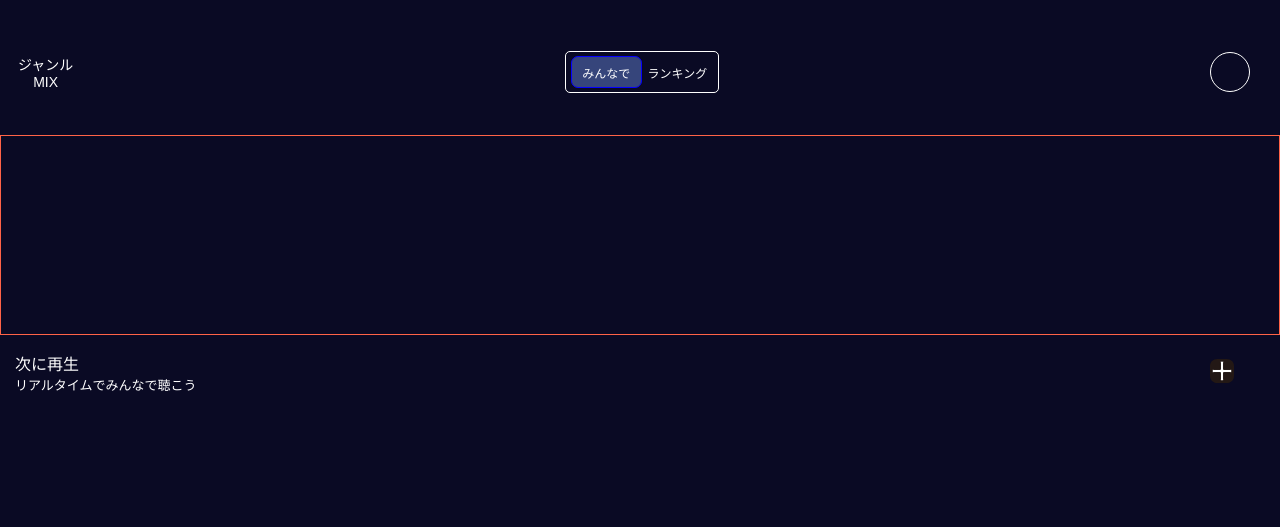
Repository: FujieRyou/2024_team
Page: /LoggedIn
The author's editor kept a copy of each file at every save. The page is drawn from the files as they stood at one save, then again after the next save.
The browser window is 1280 px wide. The pictures show the whole page.
The project was rebuilt for these pictures with package versions that can differ from the ones it lists, and the page was loaded fresh each time. The framework's server and built-in components were replaced by stand-ins that run in the browser. Also part of the build but not shown: next.config.js.

Above is the page before, as saved 2024-01-15 14:55:14.

### src/pages/_app.jsx
import "@/styles/ress.css"
import '@/styles/index.css'

export default function App({ Component, pageProps }) {
  return <Component {...pageProps} />
}

### src/pages/LoggedIn.jsx
import React, { useState,useEffect } from 'react';
import { getPlaylists } from "./spotify";

function LoggedIn ({token}){
    const [playlists, setPlaylists] = useState([]);
    useEffect(() => {
        if (token) {
            getPlaylists(token).then(playlists => setPlaylists(playlists));
        }
    }, [token]);
    return(
    <div id="container_wrap">
        <header>
            <div><p className='genre_wrap'>ジャンル<br/>MIX</p></div>
            <div className="switchingBtn">
                <div className="everyone">みんなで</div>
                <div className="ranking">ランキング</div>
            </div>
            <div className='myPageIcon'>
                <a href="">
                    <img src="" alt="" />
                </a>
            </div>
        </header>
        <div id="main_img">
            <div className="scrollContent">
                <div className="scrollWrap">
                </div>
            </div>

        </div>
        <div id="maincontent_wrap">
            <div id="addition_wrap">
                    <p className='addition'>次に再生<br/><span>リアルタイムでみんなで聴こう</span></p>
                    <a href="">
                        <img src="./img/plusBtn.svg" alt="" />
                    </a>
            </div>
            {/* <div id="songContent_wrap">
                <p className="song_num">1</p>
                <div id="song_wrap">
                    <div className="song_img">
                    </div>
                    <div id="singer_wrap">
                        <p className="songtitle">higher</p>
                        <p className="singer">¥ellow Bucks</p>
                    </div>
                </div>
                <div className='contributor'>
                    <img src="" alt="" />
                    <p>ナナシ</p>
                </div>
                <img src="./img/detailBtn.svg" alt="" />
            </div> */}
            <ul>
                {playlists.map(playlist =>(
                    <li key={playlist.id}>
                        <img src={playlist.images[0].url} alt={playlist.name} />
                        <div>{playlist.name}</div>
                    </li>
                ))}
            </ul>

        </div>
    </div>
    )
}

export default LoggedIn;

### src/styles/ress.css
/*!
 * ress.css • v4.0.0
 * MIT License
 * github.com/filipelinhares/ress
 */

/* # =================================================================
   # Global selectors
   # ================================================================= */

   html {
    box-sizing: border-box;
    -webkit-text-size-adjust: 100%; /* Prevent adjustments of font size after orientation changes in iOS */
    word-break: normal;
    -moz-tab-size: 4;
    tab-size: 4;
  }

  *,
  ::before,
  ::after {
    background-repeat: no-repeat; /* Set `background-repeat: no-repeat` to all elements and pseudo elements */
    box-sizing: inherit;
  }

  ::before,
  ::after {
    text-decoration: inherit; /* Inherit text-decoration and vertical align to ::before and ::after pseudo elements */
    vertical-align: inherit;
  }

  * {
    padding: 0; /* Reset `padding` and `margin` of all elements */
    margin: 0;
  }

  /* # =================================================================
     # General elements
     # ================================================================= */

  hr {
    overflow: visible; /* Show the overflow in Edge and IE */
    height: 0; /* Add the correct box sizing in Firefox */
    color: inherit; /* Correct border color in Firefox. */
  }

  details,
  main {
    display: block; /* Render the `main` element consistently in IE. */
  }

  summary {
    display: list-item; /* Add the correct display in all browsers */
  }

  small {
    font-size: 80%; /* Set font-size to 80% in `small` elements */
  }

  [hidden] {
    display: none; /* Add the correct display in IE */
  }

  abbr[title] {
    border-bottom: none; /* Remove the bottom border in Chrome 57 */
    /* Add the correct text decoration in Chrome, Edge, IE, Opera, and Safari */
    text-decoration: underline;
    text-decoration: underline dotted;
  }

  a {
    background-color: transparent; /* Remove the gray background on active links in IE 10 */
  }

  a:active,
  a:hover {
    outline-width: 0; /* Remove the outline when hovering in all browsers */
  }

  code,
  kbd,
  pre,
  samp {
    font-family: monospace, monospace; /* Specify the font family of code elements */
  }

  pre {
    font-size: 1em; /* Correct the odd `em` font sizing in all browsers */
  }

  b,
  strong {
    font-weight: bolder; /* Add the correct font weight in Chrome, Edge, and Safari */
  }

  /* https://gist.github.com/unruthless/413930 */
  sub,
  sup {
    font-size: 75%;
    line-height: 0;
    position: relative;
    vertical-align: baseline;
  }

  sub {
    bottom: -0.25em;
  }

  sup {
    top: -0.5em;
  }

  table {
    border-color: inherit; /* Correct border color in all Chrome, Edge, and Safari. */
    text-indent: 0; /* Remove text indentation in Chrome, Edge, and Safari */
  }

  /* # =================================================================
     # Forms
     # ================================================================= */

  input {
    border-radius: 0;
  }

  /* Replace pointer cursor in disabled elements */
  [disabled] {
    cursor: default;
  }

  [type='number']::-webkit-inner-spin-button,
  [type='number']::-webkit-outer-spin-button {
    height: auto; /* Correct the cursor style of increment and decrement buttons in Chrome */
  }

  [type='search'] {
    -webkit-appearance: textfield; /* Correct the odd appearance in Chrome and Safari */
    outline-offset: -2px; /* Correct the outline style in Safari */
  }

  [type='search']::-webkit-search-decoration {
    -webkit-appearance: none; /* Remove the inner padding in Chrome and Safari on macOS */
  }

  textarea {
    overflow: auto; /* Internet Explorer 11+ */
    resize: vertical; /* Specify textarea resizability */
  }

  button,
  input,
  optgroup,
  select,
  textarea {
    font: inherit; /* Specify font inheritance of form elements */
  }

  optgroup {
    font-weight: bold; /* Restore the font weight unset by the previous rule */
  }

  button {
    overflow: visible; /* Address `overflow` set to `hidden` in IE 8/9/10/11 */
  }

  button,
  select {
    text-transform: none; /* Firefox 40+, Internet Explorer 11- */
  }

  /* Apply cursor pointer to button elements */
  button,
  [type='button'],
  [type='reset'],
  [type='submit'],
  [role='button'] {
    cursor: pointer;
    color: inherit;
  }

  /* Remove inner padding and border in Firefox 4+ */
  button::-moz-focus-inner,
  [type='button']::-moz-focus-inner,
  [type='reset']::-moz-focus-inner,
  [type='submit']::-moz-focus-inner {
    border-style: none;
    padding: 0;
  }

  /* Replace focus style removed in the border reset above */
  button:-moz-focusring,
  [type='button']::-moz-focus-inner,
  [type='reset']::-moz-focus-inner,
  [type='submit']::-moz-focus-inner {
    outline: 1px dotted ButtonText;
  }

  button,
  html [type='button'], /* Prevent a WebKit bug where (2) destroys native `audio` and `video`controls in Android 4 */
  [type='reset'],
  [type='submit'] {
    -webkit-appearance: button; /* Correct the inability to style clickable types in iOS */
  }

  /* Remove the default button styling in all browsers */
  button,
  input,
  select,
  textarea {
    background-color: transparent;
    border-style: none;
  }

  a:focus,
  button:focus,
  input:focus,
  select:focus,
  textarea:focus {
    outline-width: 0;
  }

  /* Style select like a standard input */
  select {
    -moz-appearance: none; /* Firefox 36+ */
    -webkit-appearance: none; /* Chrome 41+ */
  }

  select::-ms-expand {
    display: none; /* Internet Explorer 11+ */
  }

  select::-ms-value {
    color: currentColor; /* Internet Explorer 11+ */
  }

  legend {
    border: 0; /* Correct `color` not being inherited in IE 8/9/10/11 */
    color: inherit; /* Correct the color inheritance from `fieldset` elements in IE */
    display: table; /* Correct the text wrapping in Edge and IE */
    max-width: 100%; /* Correct the text wrapping in Edge and IE */
    white-space: normal; /* Correct the text wrapping in Edge and IE */
    max-width: 100%; /* Correct the text wrapping in Edge 18- and IE */
  }

  ::-webkit-file-upload-button {
    /* Correct the inability to style clickable types in iOS and Safari */
    -webkit-appearance: button;
    color: inherit;
    font: inherit; /* Change font properties to `inherit` in Chrome and Safari */
  }

  /* # =================================================================
     # Specify media element style
     # ================================================================= */

  img {
    border-style: none; /* Remove border when inside `a` element in IE 8/9/10 */
  }

  /* Add the correct vertical alignment in Chrome, Firefox, and Opera */
  progress {
    vertical-align: baseline;
  }

  /* # =================================================================
     # Accessibility
     # ================================================================= */

  /* Specify the progress cursor of updating elements */
  [aria-busy='true'] {
    cursor: progress;
  }

  /* Specify the pointer cursor of trigger elements */
  [aria-controls] {
    cursor: pointer;
  }

  /* Specify the unstyled cursor of disabled, not-editable, or otherwise inoperable elements */
  [aria-disabled='true'] {
    cursor: default;
  }

### src/styles/index.css
html,body{
    width: 100vw;
    height: 100vh;
    background-color: #0A0A24;
    color: #fff;
}

nav{
    width: 100%;
    height: 81px;
    display: flex;
    justify-content: space-around;
    position: fixed;
    bottom: 0px;
    background-color: #0A0A24;
    border-top: solid 1px #8E8E8E;
}

.iconWrap{
    display: flex;
    flex-direction: column;
    align-items: center;
    justify-content: center;
}

.iconWrap a{
    display: flex;
    flex-direction: column;
    align-items: center;
    justify-content: center;
    text-decoration: none;
}

.iconWrap p{
    font-size: 10px;
    margin-top: 4px;
    color: #fff;
}

.loginWrap{
    width: 100vw;
    height: 100vh;
    padding-top: 200px;
}

.indexWrap{
    width: 100%;
    height: 100%;
}

/* h2{
    font-size: 64px;
    text-align: center;
    font-family: sans-serif;
    padding-top: 30px;
} */

.appName{
    font-size: 64px;
    text-align: center;
    font-family: sans-serif;
    padding-top: 30px;
    margin-top: 30px;
    color: #fff;
}

.signBtnWrap{
    width: 100%;
    height: auto;
}

.signBtn{
    display: flex;
    align-items: center;
    justify-content: center;
    width: 200px;
    height: 54px;
    border-radius: 30px;
    background-color: rgb(65, 243, 65);
    font-size: 16px;
    /* box-shadow: 3px 1px 3px 1px rgb(235, 235, 235); */
    margin: 0 auto;
    margin-top: 280px;
    color: #000;
    text-decoration: none;
}

.logoBox{
    width: 64px;
    height: 64px;
    background-color: gray;
    color: #fff;
    margin: 0 auto;
    display: flex;
    justify-content: center;
    align-items: center;
}

h2{
    text-align: center;
}

.searchWrap{
    margin-top: 69px;
    margin-bottom: 11px;
    padding: 0px 13px;
}

.searchTxt{
    width: 100%;
    height: 40px;
    border: solid 1px #000;
    background-color: #28376C;
    color: #fff;
    padding: 7px 18px;
    border-radius: 13px;

}

.searchBtn{
    width: 64px;
    height: 32px;
    background-color: aquamarine;
}

.searchResults{
    display: flex;
    gap: 8px;
    width: 100%;
    height: 88px;
    padding: 8px;
    overflow: hidden;
}

.searchResultsImg{
    width: 80px;
    height: 80px;
}

.searchResultsTxt p{
    width: 288px;
    font-size: 14px;
}

.genreWrap{
    padding: 0px 21px;
}

.genreWrap p{
    padding-left: 74px;
    margin-bottom: 12px;
}

.genruBtnWrap{
    display: flex;
    flex-wrap: wrap;
    padding: 0px 8px;
    gap: 16px 12px;
    margin: 0 auto;
}

.genruBtnWrap > button{
    width: 172px;
    height: 86px;
    background-color: #F42C2C;
    border-radius: 10px;
}

header{
    display: flex;
    align-items: center;
    justify-content: space-between;
    padding: 51px 30px 42px 18px;
}

.genre_wrap{
    color: #fff;
    font-size: 14px;
    text-align: center;
    font-family: 'Noto Sans JP', sans-serif;
}

/* MIX */
#mix_wrap{
    font-size: 25px;
    font-family:Impact, Haettenschweiler, 'Arial Narrow Bold', sans-serif;
    margin-left: 25px;
}

/*genre btn*/
.switchingBtn{
    display: flex;
    justify-content: center;
    align-items: center;
    width: 154px;
    height: 42px;
    border: solid 1px #fff;
    border-radius: 5px;
    text-align: center;
    padding: 0px 5px;
}

.everyone{
    width: 80%;
    height: 80%;
    display: flex;
    align-items: center;
    justify-content: center;
    border: solid 1px #0500FF;
    border-radius: 7px;
    background-color: #36457B;
    font-size: 12px;
    font-family:  'Noto Sans JP', sans-serif;
}

.ranking{
    width: 80%;
    height: 80%;
    display: flex;
    align-items: center;
    justify-content: center;
    border-radius: 7px;
    font-size: 12px;
    font-family:  'Noto Sans JP', sans-serif;;
}

.myPageIcon{
    width: 40px;
    height: 40px;
    border-radius: 20px;
    border: solid 1px #fff;
}


/*main*/
#main_img{
    width: 100%;
    height: 200px;
    border: solid 1px tomato;
    margin: 0 auto;

}

/*見出し*/
#addition_wrap{
    width: 100%;
    margin-top: 16px;
    margin-bottom: 24px;
    padding: 0px 46px 0px 15px;
    display: flex;
    align-items: center;
    justify-content: space-between;
}
.addition{
    font-size: 16px;
    font-family:  'Noto Sans JP', sans-serif;
}
.addition > span{
    font-size: 13px;
}
.dli-plus {
    display: inline-block;
    vertical-align: middle;
    justify-content: center;
    color: #fff;
    line-height: 20px;
    width: 1.5rem;
    height:0.15rem;
    background: #efefef;
    border-radius: 1rem;
    position: relative;
    top:24px;
    left:10px;
}

.dli-plus::before {
    content: '';
    position: absolute;
    top: 0;
    left: 0;
    width: 100%;
    height: 100%;
    background: inherit;
    border-radius: inherit;
    transform: rotate(90deg);

}
#addition_wrap{
    display: flex;
}
#addition_wrap  .back{
    display: block;
    background: #231815;
    width: 35px;
    height:35px;
    border-radius: 25%;
    margin-right: 50px;
}
.addition-text{
    font-size: 30px;
    font-family:'Noto Sans JP', sans-serif;

}

/*music list*/
#songContent_wrap{
    display: flex;
    width: 100%;
    justify-content: space-between;
    align-items: center;
    margin-bottom: 15px;
    padding: 0px 32px 0px 22px;
}

.song_num{
    font-size: 20px;
}

#song_wrap{
    display: flex;
    justify-content: center;
    align-items: center;
    gap: 10px;
}


.song_img{
    border: solid 1px skyblue;
    width: 70px;
    height: 70px;
}

.songtitle{
    font-size: 16px;
}
.singer{
    font-size: 14px;
}

.contributor{
    display: flex;
}
.contributor > img{
    width: 17px;
    height: 17px;
    border-radius: 20px;
    margin-right: 6px;
}
.contributor > p{
    font-size: 11px;
}

.button_wrap{
    display: flex;
    flex-direction: column;
}
.button{
    width: 20px;
    height: 20px;
    border-radius: 50%;
    background-color: #d9d9d9;
    display: flex;
    justify-content: center;
}

.button p{
    display: flex;
    justify-content: center;
    align-items: center;
    text-align: center;
    gap: 3px;
}

.button p span{
    width: 3px;
    height: 3px;
    border-radius: 50%;
    background-color: #000;

}

### src/pages/spotify.jsx
export const  authEndpoint = "https://accounts.spotify.com/authorize";

const redirectUri = "http://localhost:3000";

const clientId = "0a3e36eee74549849ad025c8cf1c4a2e";

const scopes = [
    "user-read-currently-playing",
    "user-read-recently-played",
    "user-read-playback-state",
    "user-top-read",
    "user-modify-playback-state",
];

export const getTokenFromUrl = () =>{
    return window.location.hash
    .substring(1)
    .split("&")
    .reduce((initial, item)=>{
        let parts = item.split("=")
        initial[parts[0]] = decodeURIComponent(parts[1])
        return initial
    },{})
}

export const accessUrl = `${authEndpoint}?client_id=${clientId}&redirect_uri=${redirectUri}&scope=${scopes}&response_type=token&show_dialog=true`

export const getPlaylists = async (token) => {
    const response = await fetch('https://api.spotify.com/v1/me/playlists', {
    headers: {
        'Authorization': `Bearer ${token}`
    }
    });
    return response.json();
};

export const createCollaboPlaylist = async(token, userId, name) =>{
    const response = await fetch(`https://api.spotify.com/v1/users/${userId}/playlists`,{
        method: 'POST',
        headers: {
            'Authorization': `Bearer ${token}`,
            'Content-Type': 'application/json'
        },
        body:JSON.stringify({
            name: name,
            pulic: false,
            collaborative: true
        })
    });
    return response.json();
}

export const searchTracks = async (token, query) => {
    try {
        const response = await fetch(`https://api.spotify.com/v1/search?q=${query}&type=track`, {
        method: 'GET',
        headers: {
            'Authorization': `Bearer ${token}`,
            'Content-Type': 'application/json',
        },
    });
    if (response.ok) {
        const data = await response.json();
        return data.tracks.items; // 曲のリストを返す
    } else {
        throw new Error('Failed to fetch tracks');
    }
    } catch (error) {
        console.error('Error searching tracks:', error);
        throw error;
    }
};

Loaded but not shown: src/pages/_document.jsx (common file)

After the next save:
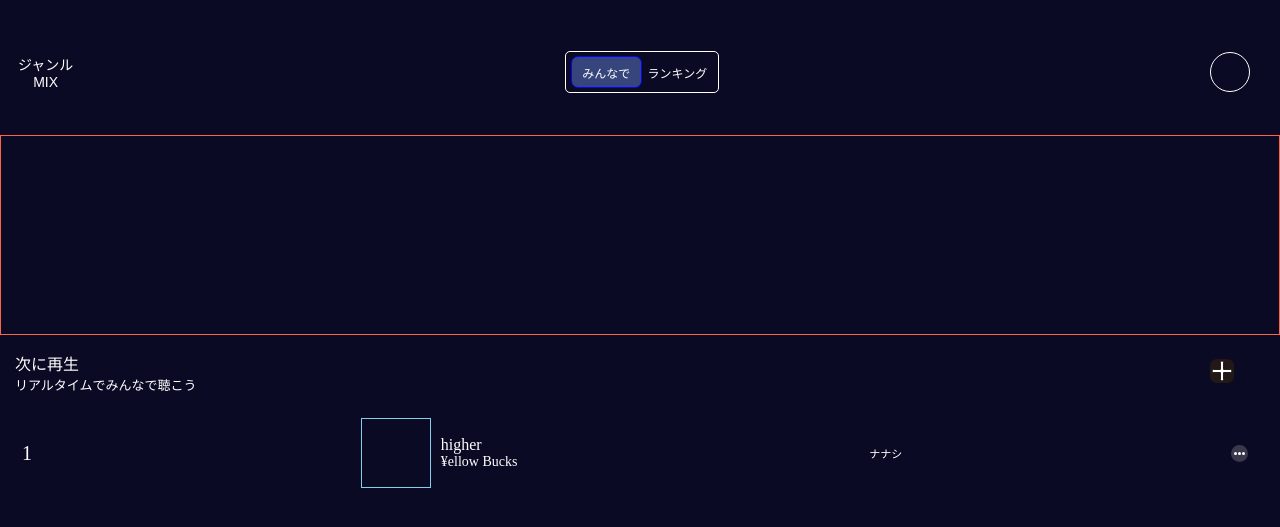
Saved 4 min 37 s later.
--- a/src/pages/LoggedIn.jsx
+++ b/src/pages/LoggedIn.jsx
@@ -1,11 +1,21 @@
 import React, { useState,useEffect } from 'react';
-import { getPlaylists } from "./spotify";
+
+
+async function fetchPlaylists(token) {
+    const response = await fetch('https://api.spotify.com/v1/me/playlists', {
+    headers: {
+        'Authorization': `Bearer ${token}`
+    }
+});
+const data = await response.json();
+return data.items;
+}
 
 function LoggedIn ({token}){
     const [playlists, setPlaylists] = useState([]);
     useEffect(() => {
         if (token) {
-            getPlaylists(token).then(playlists => setPlaylists(playlists));
+            fetchPlaylists(token).then(setPlaylists);
         }
     }, [token]);
     return(
@@ -36,7 +46,7 @@ function LoggedIn ({token}){
                         <img src="./img/plusBtn.svg" alt="" />
                     </a>
             </div>
-            {/* <div id="songContent_wrap">
+            <div id="songContent_wrap">
                 <p className="song_num">1</p>
                 <div id="song_wrap">
                     <div className="song_img">
@@ -51,16 +61,7 @@ function LoggedIn ({token}){
                     <p>ナナシ</p>
                 </div>
                 <img src="./img/detailBtn.svg" alt="" />
-            </div> */}
-            <ul>
-                {playlists.map(playlist =>(
-                    <li key={playlist.id}>
-                        <img src={playlist.images[0].url} alt={playlist.name} />
-                        <div>{playlist.name}</div>
-                    </li>
-                ))}
-            </ul>
-
+            </div>
         </div>
     </div>
     )
